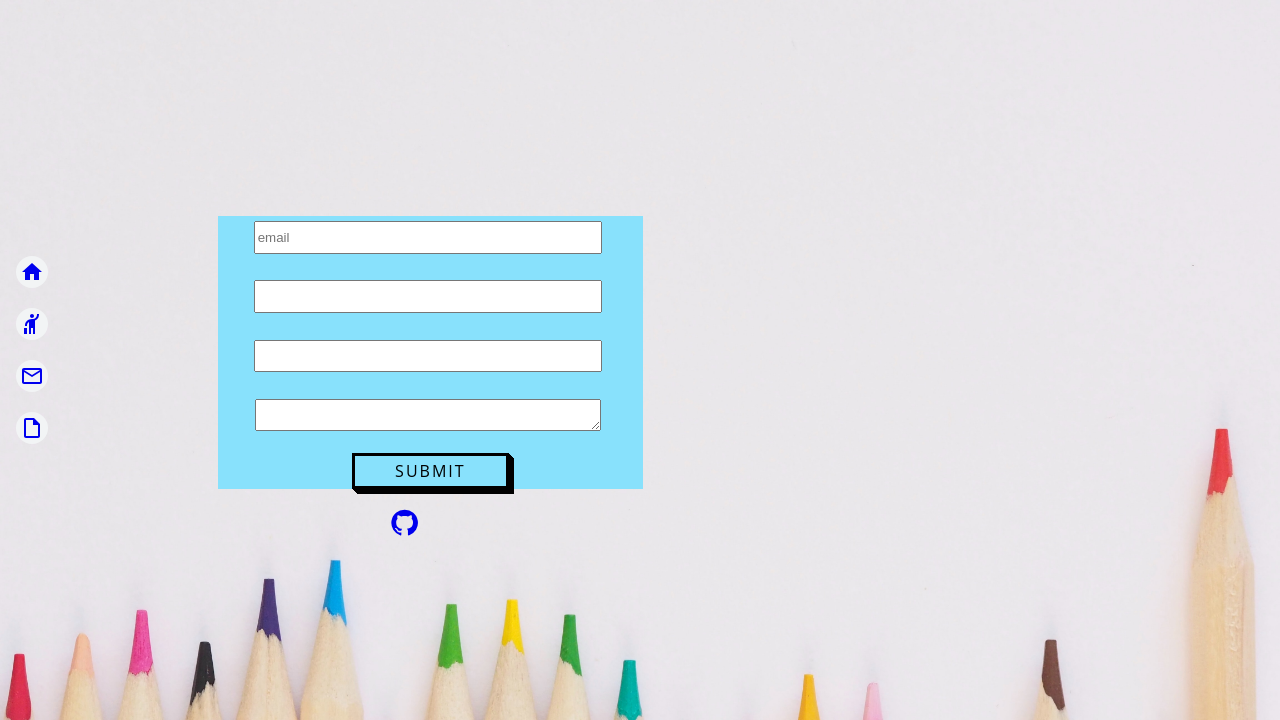
Repository: ujjawalmittal55/portfolio1
Page: /contact
An editor plug-in stored every save of this project. The page is shown before and after the next save, followed by the edit.
The browser window is 1280 px wide. The pictures show the whole page.
The project was rebuilt for these pictures with package versions that can differ from the ones it lists, and the page was loaded fresh each time. Also part of the build but not shown: src/display.css, src/Display.tsx, src/about.css, src/About.jsx, src/document.css, src/Document.jsx.

Above is the page before, as saved 2022-05-18 22:17:44.

After the next save:
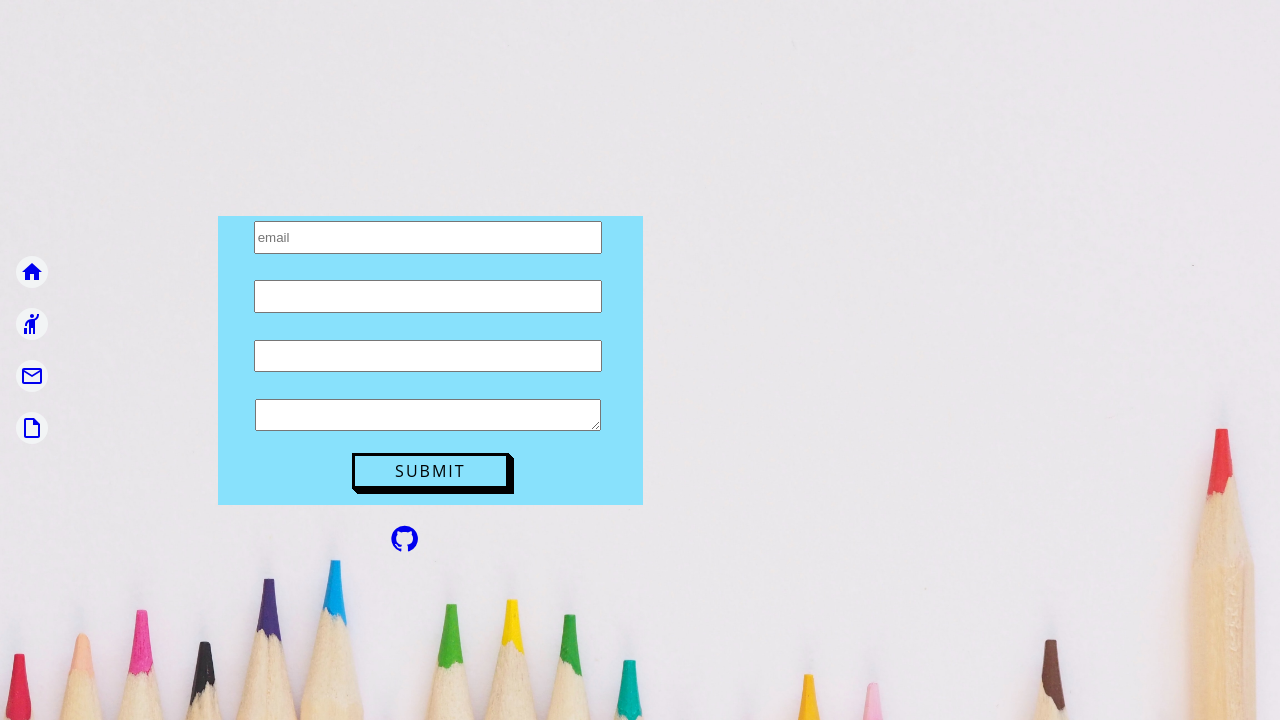
Saved 18 s later.
--- a/src/contact.css
+++ b/src/contact.css
@@ -26,6 +26,7 @@
   font-family: "Open Sans", sans-serif;
   font-size: 16px;
   letter-spacing: 2px;
+  margin-bottom: 1em;
   text-decoration: none;
   text-transform: uppercase;
   color: #000;
